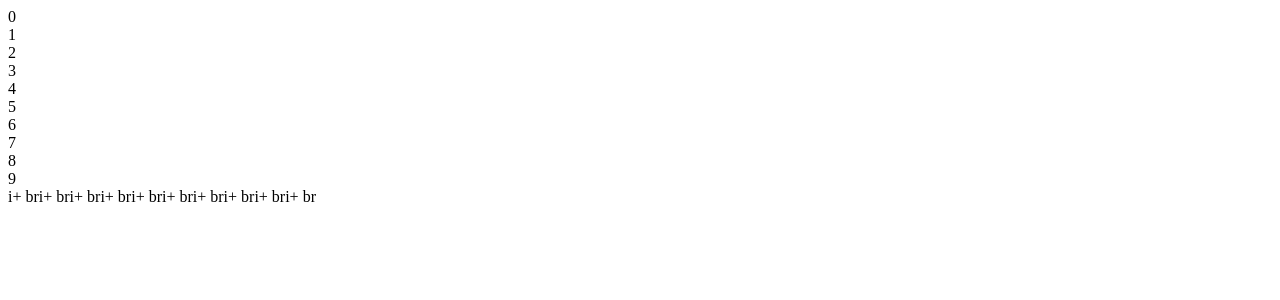
Repository: Youcode-team/C2N3_C3N3
Page: les boucles.html
These files come from the project's save history. The page is drawn as it stood at one moment and after the next save; the edit follows.
The browser window is 1280 px wide. The pictures show the whole page.

Above is the page before, as saved 2020-04-15 18:50:36.

After the next save:
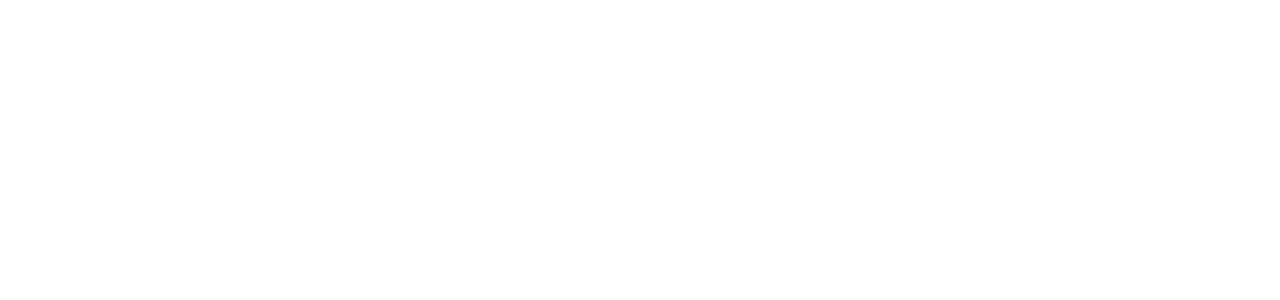
Console error: SyntaxError: Unexpected token '<'
Saved 20 s later.
--- a/les boucles.html
+++ b/les boucles.html
@@ -15,7 +15,7 @@
         //Boucle while sans itérateur
         var i = 0;
         var br = "<br>";
-        while (i < 10){
+        while (i =< 10){
             document.write('i+ br');
             i++;
         }

After the save that followed:
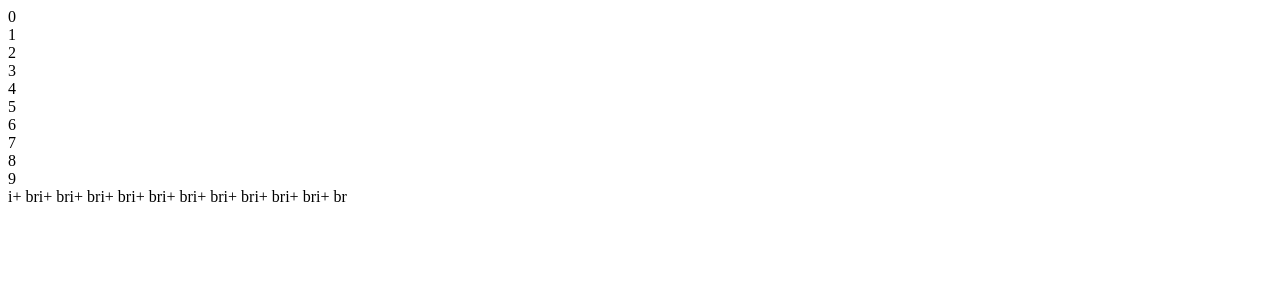
The error is gone.
Saved 9 s later.
--- a/les boucles.html
+++ b/les boucles.html
@@ -15,7 +15,7 @@
         //Boucle while sans itérateur
         var i = 0;
         var br = "<br>";
-        while (i =< 10){
+        while (i <= 10){
             document.write('i+ br');
             i++;
         }
